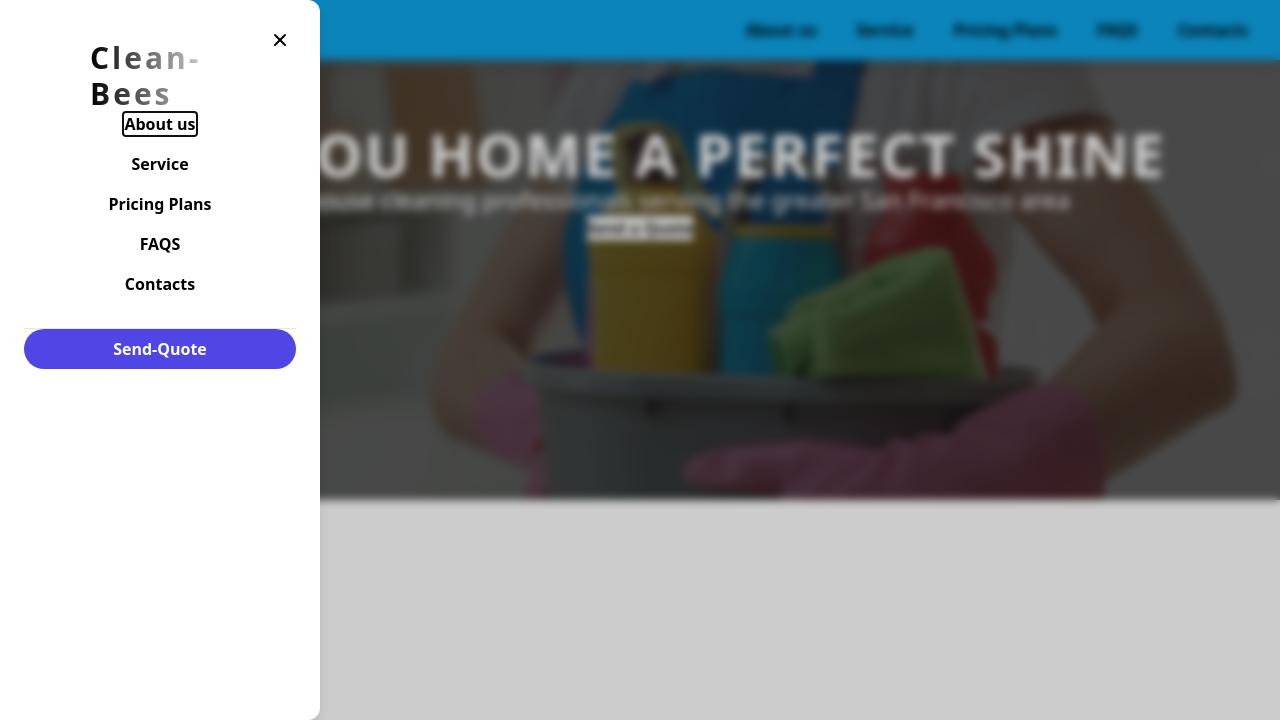
Repository: remydev47/cleanbees
Page: /
These files come from the project's save history. The page is drawn as it stood at one moment and after the next save; the edit follows.
The browser window is 1280 px wide. The pictures show the whole page.
The project was rebuilt for these pictures with package versions that can differ from the ones it lists, and the page was loaded fresh each time. The framework's server and built-in components were replaced by stand-ins that run in the browser. Also part of the build but not shown: next.config.js.

Above is the page before, as saved 2022-09-15 20:52:38.

### pages/_app.tsx
import '../styles/globals.css'
import type { AppProps } from 'next/app'
import { Header } from '../components/Header'


function MyApp({ Component, pageProps }: AppProps) {
  return (
    <>
      <Header />
      <Component {...pageProps} />
    </>

    )
}

export default MyApp

### pages/index.tsx
import type { NextPage } from 'next'
import Head from 'next/head'
import Image from 'next/image'
import Hero from '../components/Hero'

const Home: NextPage = () => {
  return (
    <div className="">
      <Head>
        <title>CleanBees</title>
        <link rel="icon" href="/favicon.ico" />
      </Head>
      <Hero />
      <h1>CleanBees</h1>
    </div>
  )
}

export default Home

### components/Header.tsx
import { navLinks } from "../constants"
import { MenuPopOver } from "./MenuPopover"
import Logo from "./Logo"
import Image from "next/image"
import { title } from "process"

export const Header = () => {
    return(
        <>
          <header className={styles.container}>
           <div className='flex grow-0 basis-1/3 md:hidden'>
             <MenuPopOver />
          </div>
          <div className='flex grow-0 basis-1/3 justify-center md:justify-start'>
            <Logo />
           </div>
           <ul className="list-none sm:flex hidden justify-end items-center flex-1">
            {navLinks.map((nav, index) => (
                <li
                key={nav.id}
                className={`font-poppins font-extrabold cursor-pointer text-[16px]
                  ${index === navLinks.length - 1 ? 'mr-0' : 'mr-10'}
                 text-black `}
                >
                    <a>{nav.title}</a>
                </li>
            ))}
           </ul>

          </header>
        </>
    )
}

const styles ={
    container:`sticky bg-[#0ea5e9] inset-x-0 top-0 z-20 flex items-center justify-between py-2 px-2 shadow-lg dark:bg-slate-900 sm:py-3 sm:px-8`
}

### components/Hero.tsx
import React from 'react'
import Image from 'next/image'


const Hero = () => {
  return (
    <>
      <section className='relative h-[640px] w-full  bg-blue-500 sm:h-[55vh] md:h-[440px]'>
        <Image
          src="/img/pixel-cleaner2.jpg"
          layout='fill'
          objectFit='cover'
        />
        <div className="absolute inset-0 bg-neutral-900/70">
        <div className='mx-4 mt-16 flex flex-col items-center text-center '>
                <h1 className={styles.innerbanner}>
                    Give you Home a Perfect Shine
                </h1>
                <span className='text-xl text-white sm:text-2xl'>
                    Reliable house cleaning professionals serving the greater San Francisco area
                </span>
                <button className='bg-white text-black font-semibold'>
                    Send a Quote
                </button>
              </div>
        </div>
      </section>

    </>
  )
}

export default Hero;
const styles ={

    innerbanner:`text-3xl font-extrabold uppercase tracking-wide text-white sm:text-4xl md:text-5xl lg:text-6xl`,
}

### constants/index.ts

export const navLinks =[
    {
     id:"aboutus",
     title:"About us"
    },
    {
        id:"services",
        title:"Service"
    },
    {
        id:"pricingplans",
        title:"Pricing Plans"
    },
    {
        id:"faqs",
        title:"FAQS"
    },
    {
        id:"contacts",
        title:"Contacts"
    },
]

### components/MenuPopover.tsx
import React, { useState, Fragment } from 'react'
import { IconButton } from './Button'
import { Transition, Dialog }  from '@headlessui/react';
import Link from 'next/link';
import Logo from './Logo';
import { Button } from './Button';
//import { ThemeSelect } from './ThemeToogle';
import { navLinks } from '../constants';

export const MenuPopOver = () => {
    const [isOpen, setIsOpen] = useState(true)

    return(
      <div>
        <IconButton
          variant='ghost'
          aria-label='menu'
          onClick={() => setIsOpen(!isOpen)}
        >
          <svg className='h-6 w-6 ' fill='none' stroke='currentColor'>
            <path
              strokeLinecap='round'
              strokeLinejoin='round'
              strokeWidth={2}
              d='M4 6h16M4 12h16M4 18h16'
            />
          </svg>
        </IconButton>
        <Transition
          show={isOpen}
          appear
          as={Fragment}
          enter='transform transition ease-in-out duration-300'
          enterFrom='-translate-x-full'
          enterTo='translate-x-0'
          leave='transform transition ease-in-out duration-300 delay-200'
          leaveFrom='translate-x-0'
          leaveTo='-translate-x-full'
        >
         <Dialog
           as='div'
           className={`fixed inset-0 z-50`}
           onClose={setIsOpen}
           open={isOpen}
           >
           <Transition.Child
             as={Fragment}
             enter='ease-out duration-300 delay-300'
             enterFrom='opacity-0'
             enterTo='opacity-100'
             leave='ease-in duration-200'
             leaveFrom='opacity-100'
             leaveTo='opacity-0'
           >

            <Dialog.Overlay
              className={`fixed inset-0 bg-black/20 backdrop-blur-sm dark:bg-gray-900/80`}
             />
          </Transition.Child>
           <div className={styles.dialogcontainer}>
            <a className='mx-auto mt-4 flex w-[140px] '>
              <Logo />
            </a>
            <ul
                className={styles.navWrapper2}
             >
                {navLinks.map((nav, index) => (
                    <li
                     key={nav.id}
                     className={`font-poppins font-bold cursor-pointer text-[16px]
                      ${index === navLinks.length - 1 ? 'mr-0' : 'mb-4'}
                      text-black `}
                    >
                     <a href={`#${nav.id}`}>
                        {nav.title}
                     </a>
                    </li>
                 ))}
             </ul>
            {/* <div className='mt-0 border-t border-gray-200 pt-6 dark:border-gray-200/10'>

            </div> */}
            <ul className='mt-8 space-y-3 border-t border-gray-200 dark:border-gray-200/10'>
              <li>
               <Button fullWidth>
                   Send-Quote
               </Button>
              </li>

            </ul>
            <IconButton
              variant='ghost'
              aria-label='close menu'
              className='absolute top-5 right-5'
              onClick={() => setIsOpen(false)}
            >
              <svg
                viewBox='0 0 10 10'
                className='h-2.5 w-2.5 overflow-visible'
                aria-hidden='true'
              >
                <path
                    d='M0 0L10 10M10 0L0 10'
                    fill='none'
                    stroke='currentColor'
                    strokeWidth='2'
                    strokeLinecap='round'
                  />
              </svg>
            </IconButton>
           </div>
         </Dialog>
        </Transition>
      </div>
    )
  }

const styles ={
    dialogcontainer:`fixed top-0 bottom-0 left-0 w-full max-w-xs rounded-r-xl bg-white p-6 shadow-lg dark:bg-gray-800`,
    menuitems:`group relative flex h-9 items-center oveflow-hidden rounded-md hover:bg-slate-200/50`,
    navWrapper2:`list-none flex flex-col justify-end items-center flex-1`,
}

### components/Logo.tsx
import React from 'react';


const Logo  = () => {
  return (
    <span className={`bg-gradient-to-r from-black to-[#fff] bg-clip-text align-middle text-3xl font-black tracking-widest text-transparent hover:text-green-400`}>
        Clean-Bees
    </span>
  )
}

export default Logo;

### components/Button/index.tsx
import React, { forwardRef } from 'react';
//import { __DEV__ } from '../../utils/assertions'

type BaseButtonProps = Omit<React.HTMLProps<HTMLButtonElement>, "size">;

/* === Button Element === */

export interface ButtonProps extends BaseButtonProps {
  children: React.ReactNode;
  fullWidth?: boolean;
  className?: string;
  variant?: "solid" | "outline" | "ghost";
  size?: "sm" | "md" | "lg";
  as?: string;
  isExternal?: boolean;
  type?: "button" | "submit" | "reset";
}

export const Button = forwardRef<HTMLButtonElement, ButtonProps>(
  (
    {
      children,
      variant = "solid",
      size = "md",
      fullWidth = false,
      className,
      as = "button",
      isExternal = false,
      ...rest
    },
    ref
  ) => {
    let tempClassNames: string[] = [];

    const sharedClasses = [
      "capitalize",
      "focus:outline-none",
      "focus:ring-2",
      "focus:ring-indigo-400",
      "focus:ring-offset-2",
      "focus:ring-offset-indigo-50",
      "font-semibold",
      "rounded-full",
      "inline-flex",
      "flex-shrink-0",
      "items-center",
      "justify-center",
      "transition-colors",
      "ease-in-out",
      "duration-500",
    ];

    if (fullWidth) sharedClasses.push("w-full");

    // handle variants
    let btnSolid = ["bg-indigo-600", "hover:bg-indigo-700", "text-white"];
    let btnOutline = [
      "dark:text-white",
      "hover:text-yellow-700",
      "hover:dark:text-yellow-800",
      "bg-transparent",
      "hover:bg-indigo-50",
      "border",
      "border-indigo-600",
    ];
    let btnGhost = [
      "bg-transparent",
      "dark:text-white",
      "hover:bg-indigo-50",
      "hover:text-indigo-700",
      "hover:dark:text-indigo-700",
    ];

    if (variant === "solid") {
      tempClassNames = [...sharedClasses, ...btnSolid];
    } else if (variant === "outline") {
      tempClassNames = [...sharedClasses, ...btnOutline];
    } else if (variant === "ghost") {
      tempClassNames = [...sharedClasses, ...btnGhost];
    }

    // handle sizes
    let sizeSm = ["h-8", "px-2", "text-sm"];
    let sizeMd = ["h-10", "px-3"];
    let sizeLg = ["h-12", "px-4", "text-lg"];

    if (size === "sm") {
      tempClassNames = [...tempClassNames, ...sizeSm];
    } else if (size === "md") {
      tempClassNames = [...tempClassNames, ...sizeMd];
    } else if (size === "lg") {
      tempClassNames = [...tempClassNames, ...sizeLg];
    }

    let classes = tempClassNames.join(" ");

    let Element = as ? (
      React.createElement(
        as,
        {
          className: `${classes} ${className}`,
          target: isExternal ? "_blank" : undefined,
          rel: isExternal ? "noopener noreferrer" : undefined,
          ref,
          ...rest,
        },
        children
      )
    ) : (
      <button {...rest} className={`${classes} ${className}`} ref={ref}>
        {children}
      </button>
    );

    return Element;
  }
);

// if (__DEV__) {
//   Button.displayName = "Button";
// }

/* === IconButton Element === */

export interface IconButtonProps extends ButtonProps {
  icon?: React.ReactElement;
  "aria-label": string;
}

export const IconButton = forwardRef<HTMLButtonElement, IconButtonProps>(
  (
    {
      children,
      icon,
      className,
      "aria-label": ariaLabel,
      size = "md",
      ...rest
    },
    ref
  ) => {
    let sharedClasses = ["rounded-full", "!px-0"];

    // handle sizes
    let sizeSm = ["w-8"];
    let sizeMd = ["w-10"];
    let sizeLg = ["w-12"];

    if (size === "sm") {
      sharedClasses = [...sharedClasses, ...sizeSm];
    } else if (size === "md") {
      sharedClasses = [...sharedClasses, ...sizeMd];
    } else if (size === "lg") {
      sharedClasses = [...sharedClasses, ...sizeLg];
    }

    /**
     * Passing the icon as prop or children should work
     */
    const element = icon || children;
    const _children = React.isValidElement(element)
      ? React.cloneElement(element as any, {
          "aria-hidden": true,
          focusable: false,
        })
      : null;

    let classes = sharedClasses.join(" ");
    return (
      <Button
        className={`${classes} ${className}`}
        aria-label={ariaLabel}
        size={size}
        {...rest}
        ref={ref}
      >
        {_children}
      </Button>
    );
  }
);

// if (__DEV__) {
//   IconButton.displayName = "IconButton";
// }

Loaded but not shown: styles/globals.css (common file); tailwind.config.js (common file)

After the next save:
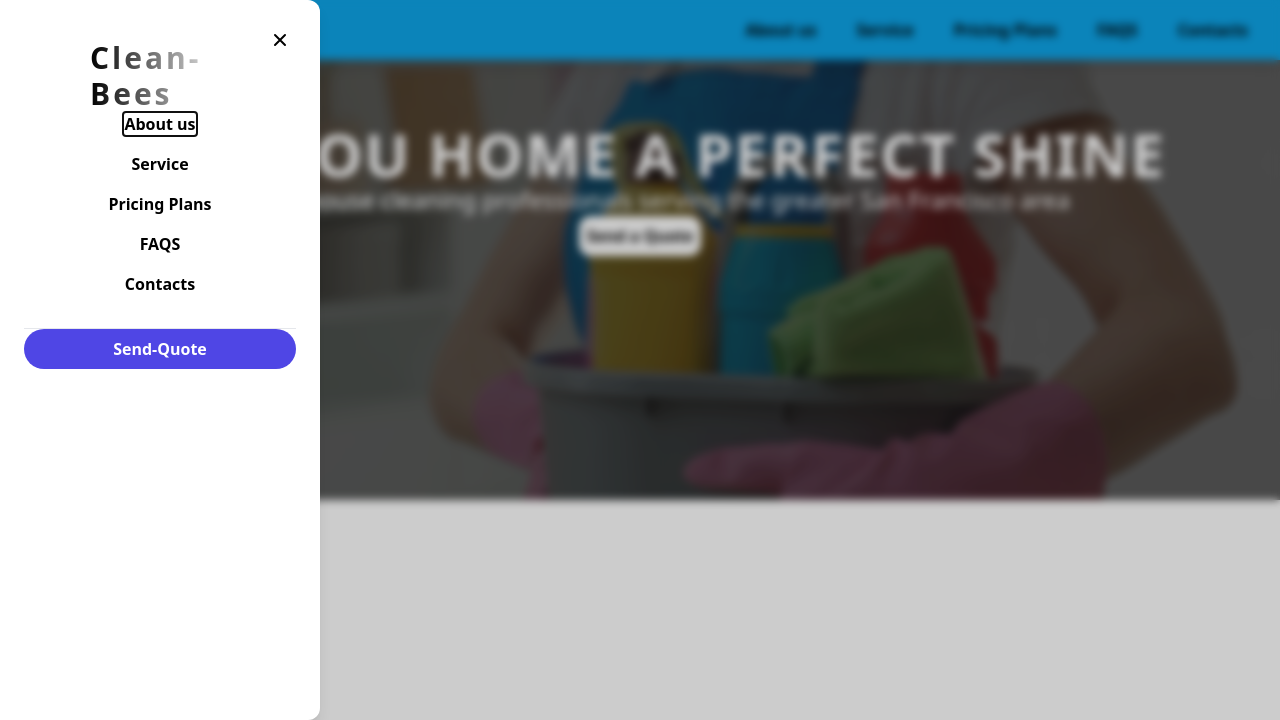
Saved 32 s later.
--- a/components/Hero.tsx
+++ b/components/Hero.tsx
@@ -19,7 +19,7 @@ const Hero = () => {
                 <span className='text-xl text-white sm:text-2xl'>
                     Reliable house cleaning professionals serving the greater San Francisco area
                 </span>
-                <button className='bg-white text-black font-semibold'>
+                <button className='bg-white text-black font-semibold p-2 rounded-xl'>
                     Send a Quote
                 </button>
               </div>
